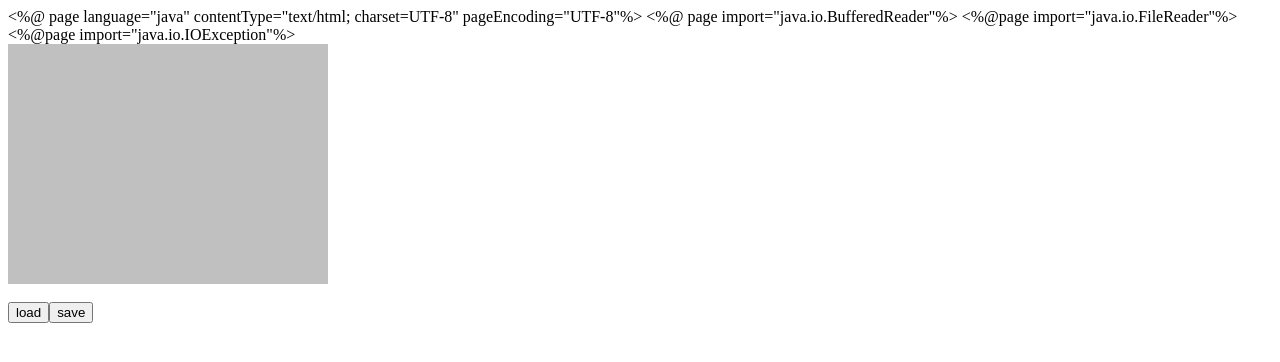
Repository: jeongdei/Mental_Care_job_hackathon_2016
Page: HackProject/HackProject/WebContent/NewFile5.html
An editor plug-in stored every save of this project. The page is shown before and after the next save, followed by the edit.
The browser window is 1280 px wide. The pictures show the whole page.

Above is the page before, as saved 2016-10-25 16:32:03.
Console error: SyntaxError: Unexpected token '.'

After the next save:
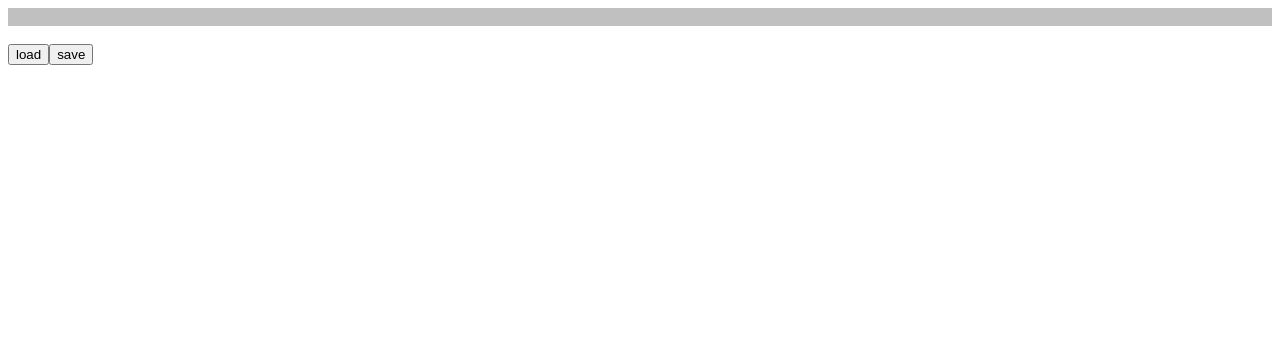
Saved 29 s later.
--- a/HackProject/HackProject/WebContent/NewFile5.html
+++ b/HackProject/HackProject/WebContent/NewFile5.html
@@ -1,9 +1,3 @@
-<%@ page language="java" contentType="text/html; charset=UTF-8"
-    pageEncoding="UTF-8"%>
-<%@ page import="java.io.BufferedReader"%>
-<%@page import="java.io.FileReader"%>
-<%@page import="java.io.IOException"%>
-
 <!DOCTYPE html>
 <html>
 <head>
